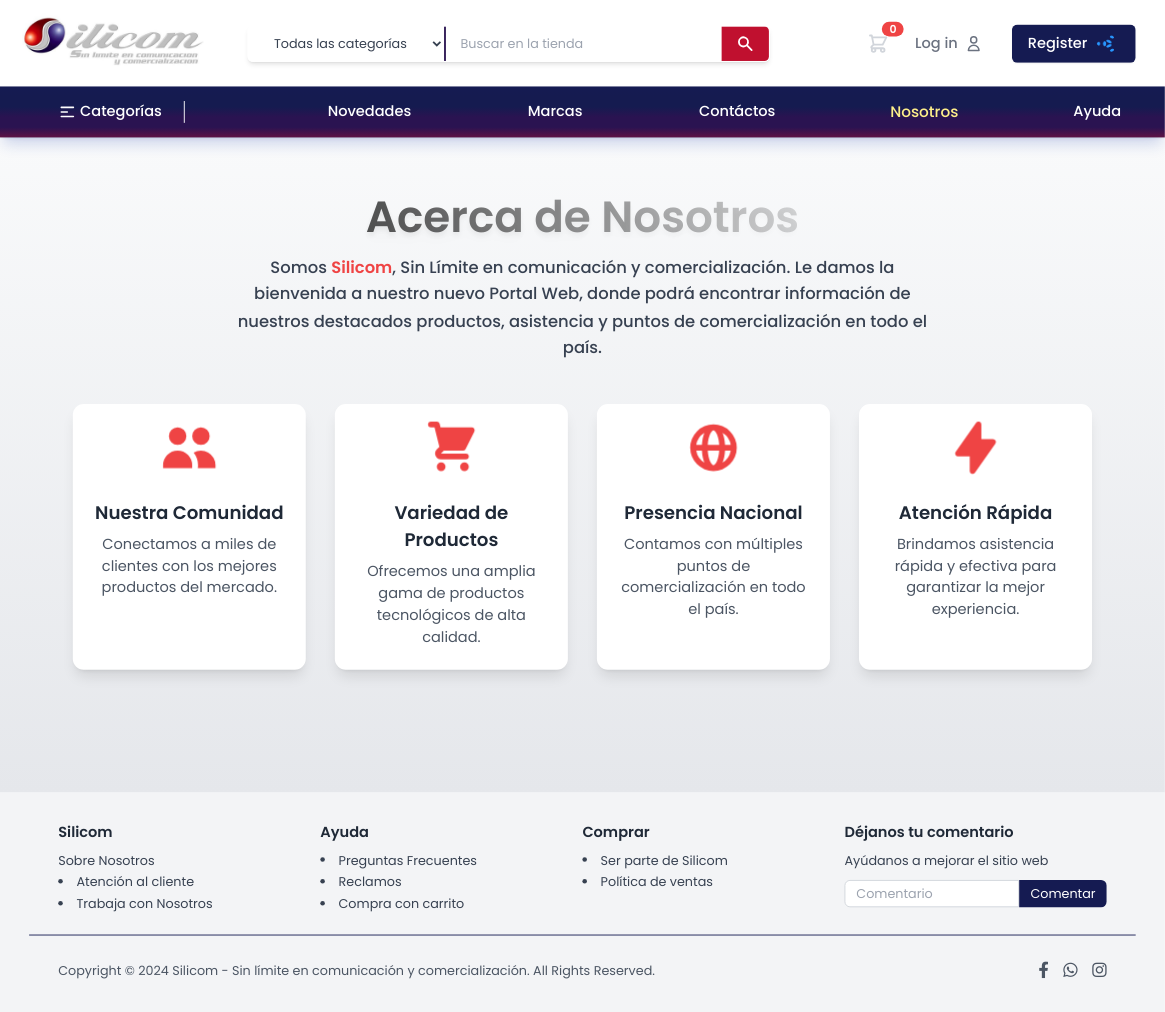
Repository: Francovg18/ecommerce
Page: /about
These files come from the project's save history. The page is drawn as it stood at one moment and after the next save; the edit follows.
The browser window is 1280 px wide. The pictures show the whole page, at 91% of full size.
The page's requests for data from a server got no answer. The project was rebuilt for these pictures with package versions that can differ from the ones it lists, and the page was loaded fresh each time. No one was signed in, and anything a server would have sent is missing. Also part of the build but not shown: src/components/home/Banner.js, src/components/home/ProductsArrival.js, src/components/home/ProductsSold.js, src/redux/actions/brands.js, src/components/home/Brand.js, src/components/home/Product.js, src/containers/Home.jsx, src/containers/errors/Error404.jsx and 40 more.

Above is the page before, as saved 2025-01-29 20:23:13.

### public/index.html
<!DOCTYPE html>
<html lang="en">
  <head>
    <meta charset="utf-8" />
    <link rel="icon" href="%PUBLIC_URL%/favicon.ico" />
    <meta name="viewport" content="width=device-width, initial-scale=1" />
    <meta name="theme-color" content="#000000" />
    <meta name="description" content="Web site created using create-react-app" />
    <link rel="apple-touch-icon" href="%PUBLIC_URL%/logo192.png" />
    <link href="https://fonts.googleapis.com/css2?family=Poppins:wght@400;500;600&display=swap" rel="stylesheet">
    <link
  rel="stylesheet"
  href="https://cdnjs.cloudflare.com/ajax/libs/font-awesome/6.0.0-beta3/css/all.min.css"
/>

    <!--
      manifest.json provides metadata used when your web app is installed on a
      user's mobile device or desktop. See https://developers.google.com/web/fundamentals/web-app-manifest/
    -->
    <link rel="manifest" href="%PUBLIC_URL%/manifest.json" />
    <!--
      Notice the use of %PUBLIC_URL% in the tags above.
      It will be replaced with the URL of the `public` folder during the build.
      Only files inside the `public` folder can be referenced from the HTML.

      Unlike "/favicon.ico" or "favicon.ico", "%PUBLIC_URL%/favicon.ico" will
      work correctly both with client-side routing and a non-root public URL.
      Learn how to configure a non-root public URL by running `npm run build`.
    -->
    <title>React App</title>
  </head>
  <body>
    <noscript>You need to enable JavaScript to run this app.</noscript>
    <div id="root"></div>
    <!--
      This HTML file is a template.
      If you open it directly in the browser, you will see an empty page.

      You can add webfonts, meta tags, or analytics to this file.
      The build step will place the bundled scripts into the <body> tag.

      To begin the development, run `npm start` or `yarn start`.
      To create a production bundle, use `npm run build` or `yarn build`.
    -->
  </body>
</html>

### src/index.js
import React from 'react';
import ReactDOM from 'react-dom/client';
import './style/index.css';
import App from './App';

const root = ReactDOM.createRoot(document.getElementById('root'));
root.render(
  <React.StrictMode>
    <App />
  </React.StrictMode>
);

### src/store.js
import { createStore, applyMiddleware } from 'redux';
import { composeWithDevTools } from '@redux-devtools/extension';
import { thunk } from 'redux-thunk';
import rootReducer from './redux/reducers';

const initialState = {};
const middleware = [thunk];
const store = createStore(
    rootReducer,
    initialState,
    composeWithDevTools(applyMiddleware(...middleware))
);

export default store;

### src/containers/pages/About.jsx
import React from 'react';
import Layout from '../../hocs/Layout';
import { UsersIcon, ShoppingCartIcon, GlobeAltIcon, LightningBoltIcon } from '@heroicons/react/solid';

function About() {
  return (
    <Layout>
      <div className="bg-gradient-to-b from-gray-50 to-gray-200 min-h-screen py-16 px-6 sm:px-12 lg:px-20">
        <div className="text-center max-w-3xl mx-auto">
          <h1 className="text-5xl font-extrabold bg-gradient-to-r from-black  bg-clip-text text-transparent drop-shadow-lg animate-pulse">
            Acerca de Nosotros
          </h1>
          <p className="mt-4 text-lg text-gray-700 font-medium leading-relaxed animate-fade-in">
            Somos <span className="text-red-500 font-bold">Silicom</span>, Sin Límite en comunicación y comercialización. Le damos la bienvenida a nuestro nuevo Portal Web,
            donde podrá encontrar información de nuestros destacados productos, asistencia y puntos de comercialización en todo el país.
          </p>
        </div>

        <div className="mt-12 grid grid-cols-1 md:grid-cols-2 lg:grid-cols-4 gap-8">
          {[
            { icon: UsersIcon, title: "Nuestra Comunidad", text: "Conectamos a miles de clientes con los mejores productos del mercado." },
            { icon: ShoppingCartIcon, title: "Variedad de Productos", text: "Ofrecemos una amplia gama de productos tecnológicos de alta calidad." },
            { icon: GlobeAltIcon, title: "Presencia Nacional", text: "Contamos con múltiples puntos de comercialización en todo el país." },
            { icon: LightningBoltIcon, title: "Atención Rápida", text: "Brindamos asistencia rápida y efectiva para garantizar la mejor experiencia." }
          ].map((item, index) => (
            <div key={index} className="bg-white p-6 rounded-xl shadow-lg text-center transition-transform transform hover:scale-105 hover:shadow-2xl">
              <item.icon className="w-16 h-16 text-red-500 mx-auto animate-bounce" />
              <h3 className="text-xl font-semibold mt-4 text-gray-800">{item.title}</h3>
              <p className="text-gray-600 mt-2">{item.text}</p>
            </div>
          ))}
        </div>
      </div>
    </Layout>
  );
}

export default About;

### src/redux/reducers/index.js
import { combineReducers } from 'redux';
import Auth from './auth';
import Alert from './alert';
import Categories from './categories';
import Products from './products';
import Cart from './cart';
import Shipping from './shipping'
import Payment from './payment';
import Orders from './orders';
import Coupons from './coupons';
import Profile from './profile';
import Wishlist from './wishlist';
import Reviews from './reviews';
import Brands from './brands';
export default combineReducers({
    Auth,
    Alert,
    Categories,
    Products,
    Cart,
    Shipping,
    Payment,
    Orders,
    Coupons,
    Profile,
    Wishlist,
    Reviews,
    Brands
})

### src/hocs/Layout.js
import { ToastContainer } from 'react-toastify';
import 'react-toastify/dist/ReactToastify.css';
import { check_authenticated, load_user, refresh } from '../redux/actions/auth';
import {
    get_items,
    get_total,
    get_item_total
} from "../redux/actions/cart";

import {
    get_user_profile
} from "../redux/actions/profile";

import { useEffect } from 'react';
import { connect } from 'react-redux';
import Navbar from '../components/navigation/Navbar';
import Footer from '../components/navigation/Footer';

const Layout = (props) => {

    useEffect(() => {
        props.refresh()
        props.check_authenticated()
        props.load_user()
        props.get_items()
        props.get_total()
        props.get_item_total()
        props.get_user_profile()
    }, []);

    return(
        <div>
            <Navbar/>
            <ToastContainer autoClose={5000} />
            {props.children}
            <Footer/>
        </div>
    )
}


export default connect(null, {
    check_authenticated,
    load_user,
    refresh,
    get_items,
    get_total,
    get_item_total,
    get_user_profile
}) (Layout)

### src/redux/actions/categories.js
import axios from 'axios';
import {
    GET_CATEGORIES_SUCCESS,
    GET_CATEGORIES_FAIL,
} from './types';

export const get_categories = () => async dispatch => {
    const config = {
        headers: {
            'Accept': 'application/json'
        }
    };

    try {
        const res = await axios.get(`${process.env.REACT_APP_API_URL}/api/category/categories`, config);

        if (res.status >= 200 && res.status < 300) {
            dispatch({
                type: GET_CATEGORIES_SUCCESS,
                payload: res.data
            });
        } else {
            console.error('Error: Unexpected response status', res.status);
            dispatch({
                type: GET_CATEGORIES_FAIL
            });
        }
    } catch (err) {
        console.error('Error fetching categories:', err.message);
        dispatch({
            type: GET_CATEGORIES_FAIL
        });
    }
};

### src/redux/actions/alert.js
import{
    SET_ALERT,
    REMOVE_ALERT,
} from './types';

export const setAlert = (msg, alertType, timeout = 5000) => dispatch =>{
    dispatch({
        type: SET_ALERT,
        payload: {msg, alertType}
    });
    setTimeout(() => dispatch({ type: REMOVE_ALERT }), timeout);
}

### src/redux/reducers/alert.js
import {
    SET_ALERT,
    REMOVE_ALERT,
} from '../actions/types';

const initialState = {
    alert: null
};

export default function Alert(state = initialState, action) {
    const { type, payload } = action;

    switch(type) {
        case SET_ALERT:
            return {
                ...state,
                alert: payload
            };
        case REMOVE_ALERT:
            return {
                ...state,
                alert: null
            }
        default:
            return state
    };
}

### src/redux/reducers/categories.js
import {
    GET_CATEGORIES_SUCCESS,
    GET_CATEGORIES_FAIL
} from '../actions/types';

const initialState = {
    categories: null
};

export default function Categories(state = initialState, action) {
    const { type, payload } = action;

    switch(type) {
        case GET_CATEGORIES_SUCCESS:
            return {
                ...state,
                categories: payload.categories
            }
        case GET_CATEGORIES_FAIL:
            return {
                ...state,
                categories: null
            }
        default:
            return state
    }
}

### src/redux/reducers/shipping.js
import {
    GET_SHIPPING_OPTIONS_SUCCESS,
    GET_SHIPPING_OPTIONS_FAIL
} from '../actions/types';

const initialState = {
    shipping: null,
};

export default function Shipping(state = initialState, action) {
    const { type, payload } = action;

    switch(type) {
        case GET_SHIPPING_OPTIONS_SUCCESS:
            return {
                ...state,
                shipping: payload.shipping_options
            }
        case GET_SHIPPING_OPTIONS_FAIL:
            return {
                ...state,
                shipping: null
            }
        default:
            return state;
    }
};

### src/redux/reducers/orders.js
import {
    GET_ORDERS_SUCCESS,
    GET_ORDERS_FAIL,
    GET_ORDER_DETAIL_SUCCESS,
    GET_ORDER_DETAIL_FAIL
} from '../actions/types';

const initialState = {
    orders: null,
    order: null
};


export default function Orders(state = initialState, action) {
    const { type, payload } = action;

    switch(type) {
        case GET_ORDERS_SUCCESS:
            return {
                ...state,
                orders: payload.orders
            }
        case GET_ORDERS_FAIL:
            return {
                ...state,
                orders: []
            }
        case GET_ORDER_DETAIL_SUCCESS:
            return {
                ...state,
                order: payload.order
            }
        case GET_ORDER_DETAIL_FAIL:
            return {
                ...state,
                order: {}
            }
        default:
            return state;
    }
}

### src/redux/reducers/coupons.js
import {
    GET_COUPON_SUCCESS,
    GET_COUPON_FAIL,
} from '../actions/types';

const initialState = {
    coupon: null
};


export default function Coupons(state = initialState, action) {
    const { type, payload } = action;

    switch(type) {
        case GET_COUPON_SUCCESS:
            return {
                ...state,
                coupon: payload.coupon
            }
        case GET_COUPON_FAIL:
            return {
                ...state,
                coupon: null
            }
        default:
            return state;
    }
}

### src/redux/reducers/profile.js
import {
    GET_USER_PROFILE_SUCCESS,
    GET_USER_PROFILE_FAIL,
    UPDATE_USER_PROFILE_SUCCESS,
    UPDATE_USER_PROFILE_FAIL
} from '../actions/types';

const initialState = {
    profile: null
};

export default function Profile(state = initialState, action) {
    const { type, payload } = action;

    switch(type) {
        case GET_USER_PROFILE_SUCCESS:
            return {
                ...state,
                profile: payload.profile
            }
        case GET_USER_PROFILE_FAIL:
            return {
                ...state
            }
        case UPDATE_USER_PROFILE_SUCCESS:
            return {
                ...state,
                profile: payload.profile
            }
        case UPDATE_USER_PROFILE_FAIL:
            return {
                ...state
            }
        default:
            return state
    }
}

### src/redux/reducers/wishlist.js
import {
    GET_WISHLIST_ITEMS_SUCCESS,
    GET_WISHLIST_ITEMS_FAIL,
    ADD_WISHLIST_ITEM_SUCCESS,
    ADD_WISHLIST_ITEM_FAIL,
    GET_WISHLIST_ITEM_TOTAL_SUCCESS,
    GET_WISHLIST_ITEM_TOTAL_FAIL,
    REMOVE_WISHLIST_ITEM_SUCCESS,
    REMOVE_WISHLIST_ITEM_FAIL,
    CLEAR_WISHLIST,
} from '../actions/types';

const initialState = {
    items: null,
    total_items: 0
};

export default function Wishlist(state = initialState, action) {
    const { type, payload } = action;

    switch(type) {
        case GET_WISHLIST_ITEMS_SUCCESS:
            return {
                ...state,
                items: payload.wishlist
            }
        case GET_WISHLIST_ITEMS_FAIL:
            return {
                ...state,
            }
        case ADD_WISHLIST_ITEM_SUCCESS:
            return {
                ...state,
                items: payload.wishlist
            }
        case ADD_WISHLIST_ITEM_FAIL:
            return {
                ...state,
            }
        case GET_WISHLIST_ITEM_TOTAL_SUCCESS:
            return {
                ...state,
                total_items: payload.total_items
            }
        case GET_WISHLIST_ITEM_TOTAL_FAIL:
            return {
                ...state
            }
            case REMOVE_WISHLIST_ITEM_SUCCESS:
                return {
                    ...state,
                    items: state.items.filter(item => item.product_id !== payload)
                }

        case REMOVE_WISHLIST_ITEM_FAIL:
            return {
                ...state
            }
        case CLEAR_WISHLIST:
            return {
                ...state,
                items: [],
                total_items: 0
            }
        default:
            return state
    }
}

### src/redux/reducers/reviews.js
import {
    GET_REVIEWS_SUCCESS,
    GET_REVIEWS_FAIL,
    GET_REVIEW_SUCCESS,
    GET_REVIEW_FAIL,
    CREATE_REVIEW_SUCCESS,
    CREATE_REVIEW_FAIL,
    UPDATE_REVIEW_SUCCESS,
    UPDATE_REVIEW_FAIL,
    DELETE_REVIEW_SUCCESS,
    DELETE_REVIEW_FAIL,
    FILTER_REVIEWS_SUCCESS,
    FILTER_REVIEWS_FAIL,
} from '../actions/types';

const intitialState = {
    review: null,
    reviews: null
};

export default function Reviews(state = intitialState, action) {
    const { type, payload } = action;

    switch(type) {
        case GET_REVIEWS_SUCCESS:
            return {
                ...state,
                reviews: payload.reviews
            }
        case GET_REVIEWS_FAIL:
            return {
                ...state,
                reviews: []
            }
        case GET_REVIEW_SUCCESS:
            return {
                ...state,
                review: payload.review
            }
        case GET_REVIEW_FAIL:
            return {
                ...state,
                review: {}
            }
        case CREATE_REVIEW_SUCCESS:
            return {
                ...state,
                review: payload.review,
                reviews: payload.reviews
            }
        case CREATE_REVIEW_FAIL:
            return {
                ...state,
                review: {}
            }
        case UPDATE_REVIEW_SUCCESS:
            return {
                ...state,
                review: payload.review,
                reviews: payload.reviews
            }
        case UPDATE_REVIEW_FAIL:
            return {
                ...state
            }
        case DELETE_REVIEW_SUCCESS:
            return {
                ...state,
                review: {},
                reviews: payload.reviews
            }
        case DELETE_REVIEW_FAIL:
            return {
                ...state
            }
        case FILTER_REVIEWS_SUCCESS:
            return {
                ...state,
                reviews: payload.reviews
            }
        case FILTER_REVIEWS_FAIL:
            return {
                ...state
            }
        default:
            return state
    }


}

### src/redux/reducers/brands.js
import {
    GET_BRANDS_SUCCESS,
    GET_BRANDS_FAIL
} from '../actions/types';

const initialState = {
    brands: null
};

export default function Brands(state = initialState, action) {
    const { type, payload } = action;

    switch (type) {
        case GET_BRANDS_SUCCESS:
            return {
                ...state,
                brands: payload.brands // Ajusta si `payload` tiene otra estructura
            };
        case GET_BRANDS_FAIL:
            return {
                ...state,
                brands: null
            };
        default:
            return state;
    }
}

### src/components/alert.js
import {Fragment} from 'react'
import {connect} from 'react-redux'

import { CheckCircleIcon } from '@heroicons/react/solid'

function Alert ({ alert }) {

    const displayAlert = () => {
        if (alert !== null){
            return (
                <div className={`rounded-md bg-${alert.alertType}-50 p-4`}>
                <div className="flex">
                    <div className="flex-shrink-0">
                    <CheckCircleIcon className={`h-5 w-5 text-${alert.alertType}-400`} aria-hidden="true" />
                    </div>
                    <div className="ml-3">
                    <p className={`text-sm font-medium text-${alert.alertType}-800`}>{alert.msg}</p>
                    </div>
                </div>
                </div>
            )
        } else {
            return(
                <Fragment></Fragment>
            )
        }
    }

    return (
        <Fragment>
            {displayAlert()}
        </Fragment>
    )
}

const mapStateToProps = state => ({
    alert: state.Alert.alert
})

export default connect(mapStateToProps)(Alert)

### src/components/navigation/SearchBox.js
import { SearchIcon } from '@heroicons/react/solid';

const SearchBox = ({ categories, search, onChange, onSubmit }) => {
  return (
    <form
      onSubmit={(e) => onSubmit(e)}
      className="flex items-center border border-white rounded-md shadow-md overflow-hidden w-full max-w-3xl mx-auto"
    >
      {/* Dropdown de categorías (visible solo en pantallas grandes) */}
      <div className="hidden lg:block relative">
        <select
          onChange={(e) => onChange(e)}
          name="category_id"
          className="h-full text-sm text-gray-700 bg-white border-r-2 border-purple-night px-6 py-2 outline-none focus:ring-deep-rose"
        >
          <option value={0}>Todas las categorías</option>
          {categories &&
            categories.map((category, index) => (
              <option key={index} value={category.id}>
                {category.name}
              </option>
            ))}
        </select>
      </div>

      {/* Campo de búsqueda */}
      <input
        type="search"
        name="search"
        onChange={(e) => onChange(e)}
        value={search}
        required
        className="flex-grow text-sm text-gray-700 bg-white px-4 py-2 outline-none focus:ring-purple-night focus:border-crimson-red w-full"
        placeholder="Buscar en la tienda"
      />

      {/* Botón de envío */}
      <button
        type="submit"
        className="flex items-center justify-center h-full bg-crimson-red hover:bg-deep-rose text-white px-4 py-2"
      >
        <SearchIcon className="h-5 w-5" aria-hidden="true" />
      </button>
    </form>
  );
};

export default SearchBox;

### tailwind.config.js
/** @type {import('tailwindcss').Config} */
module.exports = {
  content: [
    "./src/**/*.{js,jsx,ts,tsx}",
  ],
  theme: {
    extend: {
      colors: {
        "midnight-blue": '#151b52',
        "purple-night": '#2A1350',
        "crimson-red": '#C0102F',
        "deep-rose": '#8D113B',
        "dark-burgundy": '#751240',
        "royal-purple": '#5D1245',
      },
      backgroundImage: {
        'custom-gradient': 'linear-gradient(to bottom, #151b52, #151b50, #151b50, #2A1351, #2A1351, #5D1245)',
      },
      fontFamily: {
        sans: ['Poppins', 'sans-serif'],
      },
      keyframes: {
        'gradient-x': {
          '0%, 100%': { backgroundPosition: '0% 50%' },
          '50%': { backgroundPosition: '100% 50%' },
        },
      },
      animation: {
        'gradient-x': 'gradient-x 8s ease infinite',
      },
      boxShadow: {
        navbar: "0px 4px 20px 6px rgba(28, 105, 192, 0.85), 0 1px 2px -1px rgba(3, 3, 4, 0.03)",
        menuHover: "0px 6px 15px 3px rgba(0, 0, 0, 0.15)",
      },
      fontSize: {
        'xl': '1.25rem',
        '2xl': '1.5rem',
      },
    },
  },
  plugins: [
    function({ addUtilities }) {
      const extendUnderline = {
        '.underline': {
          textDecoration: 'underline',
          textDecorationColor: '#121740',
        },
      };
      addUtilities(extendUnderline);
    },
  ],
};

Loaded but not shown: src/style/index.css (common file); src/components/navigation/Navbar.js (476 lines, source omitted); src/redux/actions/cart.js (399 lines, source omitted); src/redux/actions/auth.js (387 lines, source omitted); src/redux/actions/types.js (136 lines, source omitted); src/redux/actions/products.js (256 lines, source omitted); src/redux/reducers/cart.js (158 lines, source omitted); src/redux/reducers/products.js (118 lines, source omitted); src/App.js (79 lines, source omitted); src/components/navigation/Footer.js (81 lines, source omitted); src/redux/reducers/auth.js (113 lines, source omitted); src/redux/actions/profile.js (91 lines, source omitted); src/redux/reducers/payment.js (89 lines, source omitted)

After the next save:
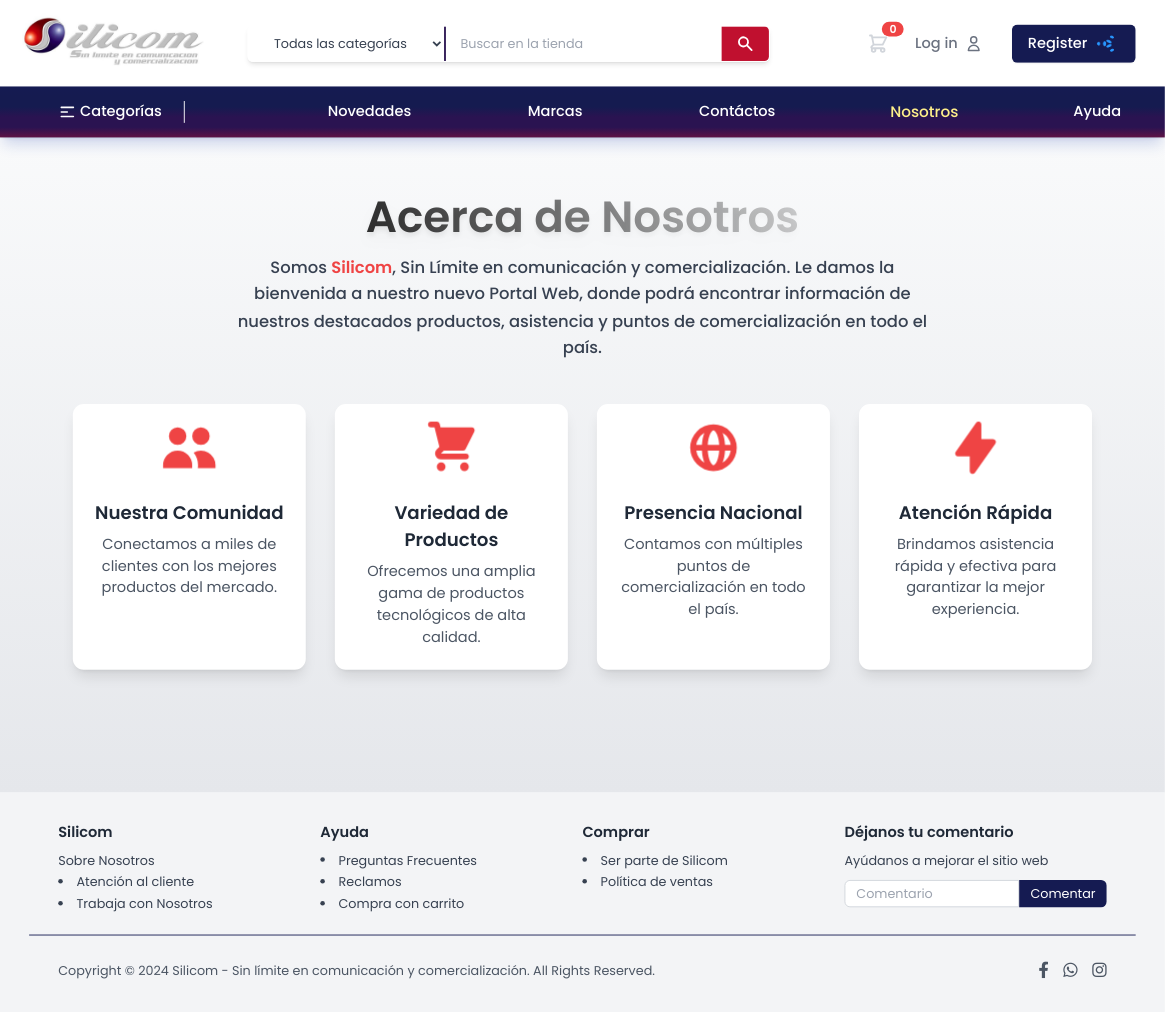
Saved 11 s later.
--- a/src/containers/pages/About.jsx
+++ b/src/containers/pages/About.jsx
@@ -7,7 +7,7 @@ function About() {
     <Layout>
       <div className="bg-gradient-to-b from-gray-50 to-gray-200 min-h-screen py-16 px-6 sm:px-12 lg:px-20">
         <div className="text-center max-w-3xl mx-auto">
-          <h1 className="text-5xl font-extrabold bg-gradient-to-r from-black  bg-clip-text text-transparent drop-shadow-lg animate-pulse">
+          <h1 className="text-5xl font-extrabold bg-gradient-to-r from-black  bg-clip-text text-transparent drop-shadow-lg ">
             Acerca de Nosotros
           </h1>
           <p className="mt-4 text-lg text-gray-700 font-medium leading-relaxed animate-fade-in">
